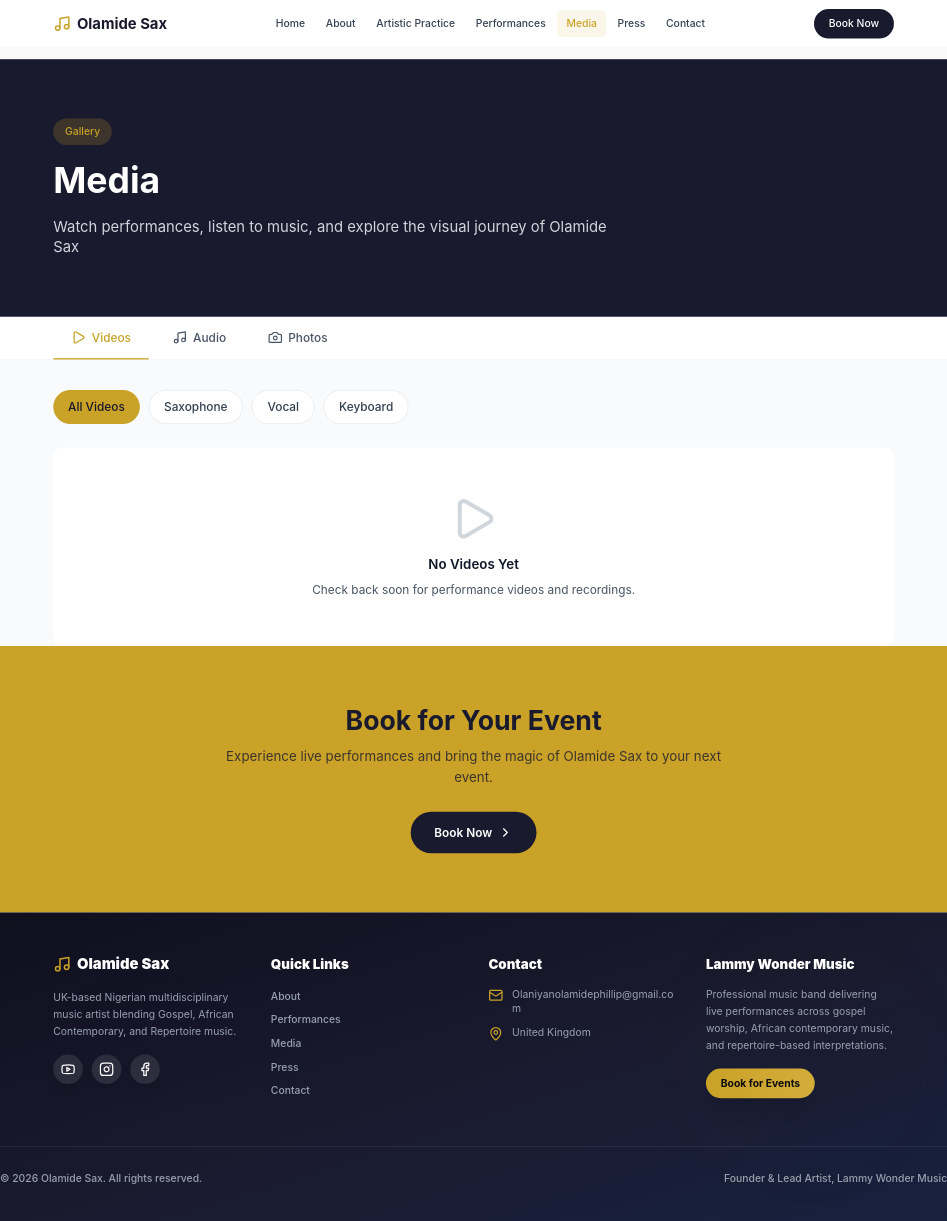
Repository: TheJazzDev/olamide-sax
Page: /media
These files come from the project's save history. The page is drawn as it stood at one moment and after a run of saves; the edit follows.
The browser window is 1280 px wide. The pictures show the whole page, at 74% of full size.
The page's requests for data from a server got no answer. The project was rebuilt for these pictures with package versions that can differ from the ones it lists, and the page was loaded fresh each time. Some packages were replaced by stand-ins written for this rebuild. The framework's server and built-in components were replaced by stand-ins that run in the browser. No one was signed in, and anything a server would have sent is missing. Also part of the build but not shown: next.config.ts.

Above is the page before, as saved 2026-01-17 17:34:15.

After the next 2 saves:
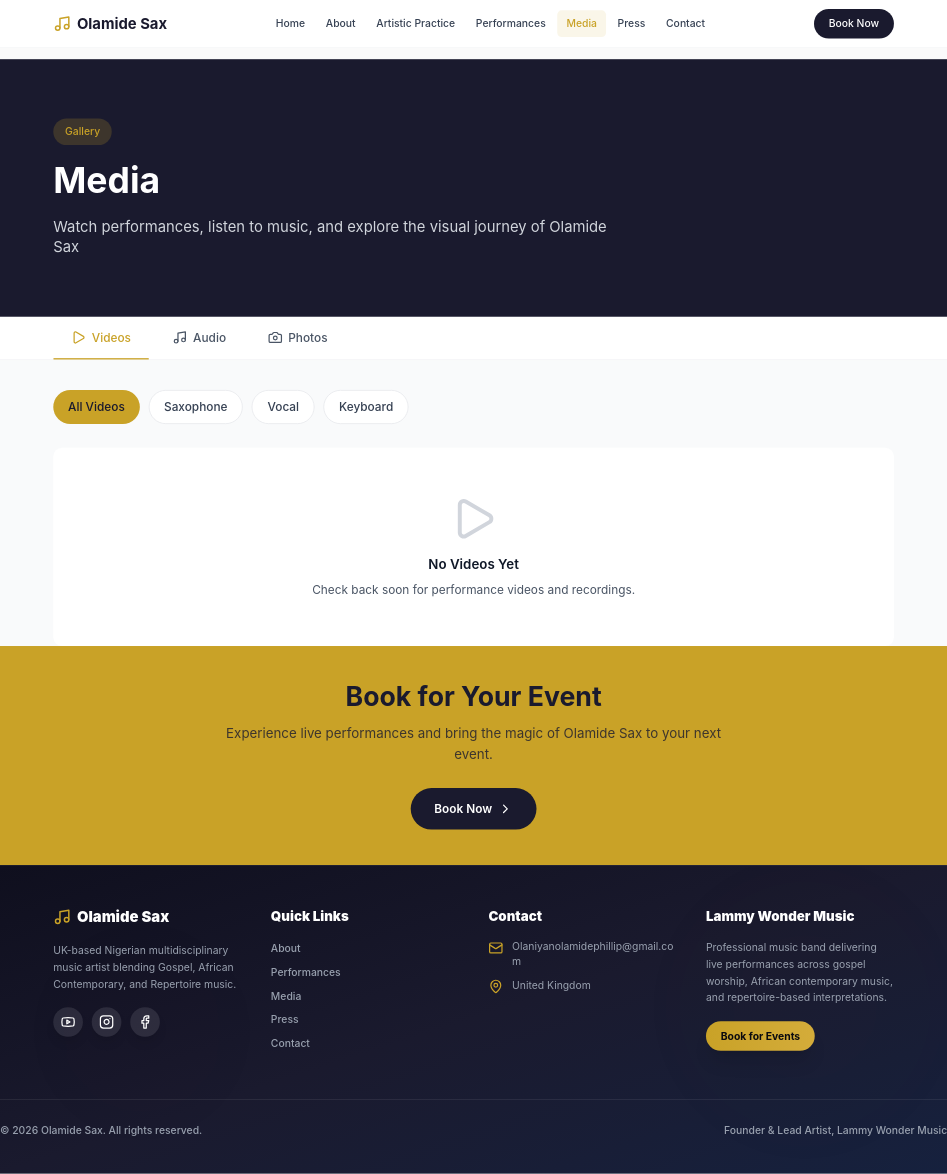
The 2 saves are shown as one change because they came seconds apart.
The last was saved 2 min 0 s later.
--- a/app/(site)/media/page.tsx
+++ b/app/(site)/media/page.tsx
@@ -331,7 +331,7 @@ export default function MediaPage() {
       </section>
 
       {/* CTA Section */}
-      <section className="py-12 sm:py-16 md:py-20 bg-[#c9a227]">
+      <section className="py-12 bg-[#c9a227]">
         <div className="container-custom text-center">
           <h2 className="text-2xl sm:text-3xl md:text-4xl font-bold text-[#1a1a2e] mb-3 sm:mb-4">
             Book for Your Event
